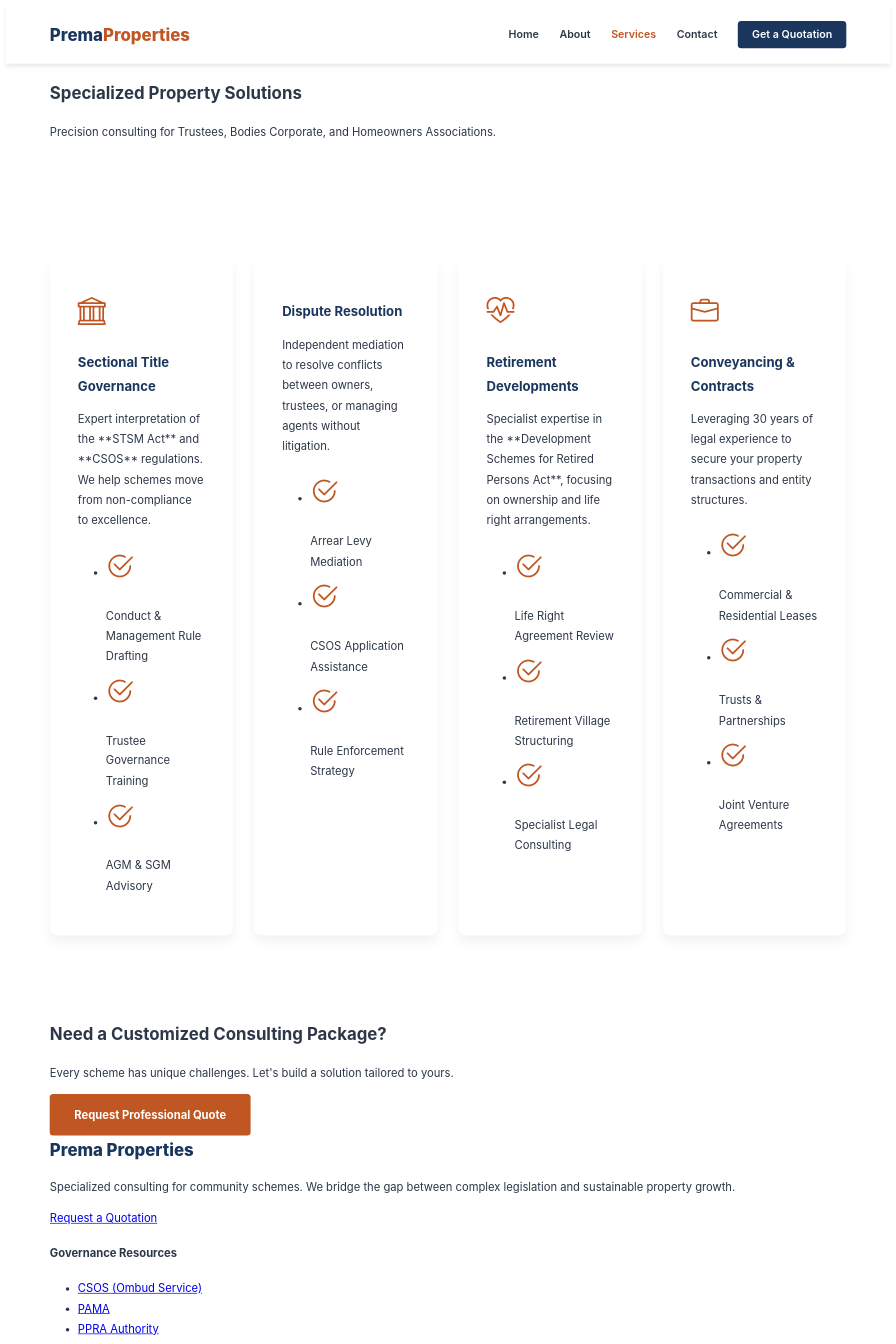
Repository: mnqobiMenzi/Prema-Properties
Page: services.html
An editor plug-in stored every save of this project. The page is shown before and after the next save, followed by the edit.
The browser window is 1280 px wide. The pictures show the part of the page from y = 0 to 1920 px (the page is 2637 px tall before and 2654 px after), at 70% of full size.

Above is the page before, as saved 2026-02-10 12:36:09.

### services.html
<!DOCTYPE html>
<html lang="en">
<head>
  <meta charset="UTF-8">
  <meta name="viewport" content="width=device-width, initial-scale=1.0">
  <title>Our Services | Prema Properties</title>
  <link rel="stylesheet" href="CSS/style.css">
  <link rel="stylesheet" href="https://cdn.jsdelivr.net/npm/bootstrap-icons@1.13.1/font/bootstrap-icons.min.css">
</head>
<body>

  <header class="main-header">
    <div class="container header-flex">
      <div class="logo">Prema<span>Properties</span></div>
      <nav>
        <a href="index.html">Home</a>
        <a href="about-us.html">About</a>
        <a href="services.html" class="active">Services</a>
        <a href="contact-us.html">Contact</a>
        <a href="quote.html" class="nav-btn">Get a Quotation</a>
      </nav>
    </div>
  </header>

  <section class="services-hero-v2">
    <div class="container">
      <h1>Specialized Property Solutions</h1>
      <p>Precision consulting for Trustees, Bodies Corporate, and Homeowners Associations.</p>
    </div>
  </section>

  <section class="section-padding">
    <div class="container">

      <div class="services-grid-v2">
        <div class="s-card">
          <i class="bi bi-bank"></i>
          <h3>Sectional Title Governance</h3>
          <p>Expert interpretation of the **STSM Act** and **CSOS** regulations. We help schemes move from non-compliance to excellence.</p>
          <ul class="s-list">
            <li><i class="bi bi-check2-circle"></i> Conduct & Management Rule Drafting</li>
            <li><i class="bi bi-check2-circle"></i> Trustee Governance Training</li>
            <li><i class="bi bi-check2-circle"></i> AGM & SGM Advisory</li>
          </ul>
        </div>

        <div class="s-card">
          <i class="bi bi-balance-scale"></i>
          <h3>Dispute Resolution</h3>
          <p>Independent mediation to resolve conflicts between owners, trustees, or managing agents without litigation.</p>
          <ul class="s-list">
            <li><i class="bi bi-check2-circle"></i> Arrear Levy Mediation</li>
            <li><i class="bi bi-check2-circle"></i> CSOS Application Assistance</li>
            <li><i class="bi bi-check2-circle"></i> Rule Enforcement Strategy</li>
          </ul>
        </div>

        <div class="s-card">
          <i class="bi bi-heart-pulse"></i>
          <h3>Retirement Developments</h3>
          <p>Specialist expertise in the **Development Schemes for Retired Persons Act**, focusing on ownership and life right arrangements.</p>
          <ul class="s-list">
            <li><i class="bi bi-check2-circle"></i> Life Right Agreement Review</li>
            <li><i class="bi bi-check2-circle"></i> Retirement Village Structuring</li>
            <li><i class="bi bi-check2-circle"></i> Specialist Legal Consulting</li>
          </ul>
        </div>

        <div class="s-card">
          <i class="bi bi-briefcase"></i>
          <h3>Conveyancing & Contracts</h3>
          <p>Leveraging 30 years of legal experience to secure your property transactions and entity structures.</p>
          <ul class="s-list">
            <li><i class="bi bi-check2-circle"></i> Commercial & Residential Leases</li>
            <li><i class="bi bi-check2-circle"></i> Trusts & Partnerships</li>
            <li><i class="bi bi-check2-circle"></i> Joint Venture Agreements</li>
          </ul>
        </div>
      </div>

    </div>
  </section>

  <section class="services-cta">
    <div class="container center-text">
      <h2>Need a Customized Consulting Package?</h2>
      <p>Every scheme has unique challenges. Let's build a solution tailored to yours.</p>
      <a href="quote.html" class="btn-main">Request Professional Quote</a>
    </div>
  </section>

  <div id="footer-placeholder"></div>
  <script src="JavaScript/script.js"></script>
</body>
</html>

### CSS/style.css
/* --- Core Styles --- */
:root {
  --primary: #1a365d;
  --secondary: #c05621;
  --text: #2d3748;
  --white: #ffffff;
  --gray: #f7fafc;
  --transition: all 0.3s ease;
}

body {
  font-family: 'Inter', sans-serif;
  color: var(--text);
  line-height: 1.8;
}

.container { width: 90%; max-width: 1200px; margin: 0 auto; }
.section-padding { padding: 100px 0; }
.light-gray { background: var(--gray); }

/* --- Header --- */
.main-header {
  background: var(--white);
  padding: 20px 0;
  box-shadow: 0 4px 6px -1px rgba(0,0,0,0.1);
  position: sticky;
  top: 0; z-index: 1000;
}

.header-flex { display: flex; justify-content: space-between; align-items: center; }

.logo { font-size: 1.5rem; font-weight: 800; color: var(--primary); }
.logo span { color: var(--secondary); }

nav a {
  text-decoration: none;
  color: var(--text);
  font-weight: 600;
  margin-left: 25px;
  font-size: 0.95rem;
  transition: var(--transition);
}

nav a:hover, nav a.active { color: var(--secondary); }

.nav-btn {
  background: var(--primary);
  color: white !important;
  padding: 10px 20px;
  border-radius: 5px;
}

/* --- Hero v2 --- */
.hero-v2 {
  background: url('../images/Sectional-Title-Disputes.jpg') center/cover no-repeat;
  height: 85vh;
  position: relative;
}

.hero-overlay {
  background: linear-gradient(to right, rgba(26, 54, 93, 0.9), rgba(26, 54, 93, 0.4));
  height: 100%;
  display: flex;
  align-items: center;
  color: white;
}

.badge {
  background: var(--secondary);
  padding: 5px 15px;
  border-radius: 50px;
  font-size: 0.8rem;
  font-weight: bold;
  text-transform: uppercase;
}

.hero-v2 h1 { font-size: 3.5rem; margin: 20px 0; line-height: 1.2; max-width: 700px; }
.hero-v2 p { font-size: 1.25rem; max-width: 600px; margin-bottom: 30px; opacity: 0.9; }

.btn-main {
  background: var(--secondary);
  color: white;
  padding: 15px 35px;
  text-decoration: none;
  font-weight: bold;
  border-radius: 5px;
  display: inline-block;
}

.btn-outline {
  border: 2px solid white;
  color: white;
  padding: 13px 35px;
  text-decoration: none;
  border-radius: 5px;
  margin-left: 15px;
}

/* --- Trust Bar --- */
.trust-bar { background: var(--primary); color: white; padding: 30px 0; }
.trust-bar .container { display: flex; justify-content: space-around; text-align: center; }
.trust-item strong { display: block; font-size: 1.8rem; color: var(--secondary); }

/* --- Grid & Cards --- */
.split-grid { display: grid; grid-template-columns: 1fr 1fr; gap: 80px; align-items: center; }

.services-grid-v2 {
  display: grid;
  grid-template-columns: repeat(auto-fit, minmax(250px, 1fr));
  gap: 30px;
  margin-top: 50px;
}

.s-card {
  background: white;
  padding: 40px;
  border-radius: 10px;
  box-shadow: 0 10px 15px rgba(0,0,0,0.05);
  transition: var(--transition);
}

.s-card:hover { transform: translateY(-10px); }
.s-card i { font-size: 2.5rem; color: var(--secondary); margin-bottom: 20px; display: block; }
.s-card h3 { margin-bottom: 15px; color: var(--primary); }

.image-deco img {
  width: 100%;
  border-radius: 15px;
  box-shadow: 30px 30px 0 var(--gray), 31px 31px 0 var(--primary);
}

/* Responsive */
@media (max-width: 768px) {
  .hero-v2 h1 { font-size: 2.2rem; }
  .split-grid { grid-template-columns: 1fr; }
  .hero-actions { display: flex; flex-direction: column; gap: 15px; }
  .btn-outline { margin-left: 0; }
}

/* About Page Specifics */
.about-hero-v2 {
  background: linear-gradient(rgba(26, 54, 93, 0.9), rgba(26, 54, 93, 0.9)), url('../images/office-bg.jpg');
  padding: 100px 0;
  text-align: center;
  color: white;
}

.about-intro {
  max-width: 800px;
  margin: 0 auto 60px;
  text-align: center;
}

.about-intro h2 {
  color: var(--primary);
  margin-bottom: 20px;
}

.values-grid {
  display: grid;
  grid-template-columns: repeat(auto-fit, minmax(280px, 1fr));
  gap: 30px;
}

.value-item i {
  font-size: 2.5rem;
  color: var(--secondary);
  margin-bottom: 15px;
  display: block;
}

/* Director Card Layout */
.director-card {
  display: grid;
  grid-template-columns: 1fr 1.5fr;
  gap: 60px;
  background: white;
  padding: 40px;
  border-radius: 15px;
  box-shadow: 0 20px 40px rgba(0,0,0,0.05);
  align-items: center;
}

.director-image {
  position: relative;
}

.exp-seal {
  position: absolute;
  bottom: -20px;
  right: -20px;
  background: var(--secondary);
  color: white;
  padding: 15px;
  border-radius: 50%;
  font-weight: bold;
  font-size: 0.9rem;
  box-shadow: 0 10px 20px rgba(192, 86, 33, 0.3);
}

.linkedin-link {
  display: inline-flex;
  align-items: center;
  gap: 10px;
  color: var(--primary);
  text-decoration: none;
  font-weight: bold;
  margin-top: 20px;
}

/* --- Contact Page Specifics --- */
.contact-hero-v2 {
  background: var(--primary);
  color: white;
  padding: 80px 0;
  text-align: center;
}

.contact-wrapper {
  display: grid;
  grid-template-columns: 1fr 1.2fr;
  gap: 80px;
  align-items: start;
}

/* Info Details */
.info-item {
  display: flex;
  gap: 20px;
  margin-bottom: 30px;
  align-items: flex-start;
}

.info-item i {
  font-size: 1.5rem;
  color: var(--secondary);
  background: var(--gray);
  padding: 12px;
  border-radius: 10px;
}

.info-item strong {
  display: block;
  font-size: 1.1rem;
  color: var(--primary);
}

/* Form Styling */
.contact-form-card {
  background: white;
  padding: 50px;
  border-radius: 15px;
  box-shadow: 0 30px 60px rgba(0,0,0,0.1);
}

.form-title {
  margin-bottom: 30px;
  color: var(--primary);
  font-weight: 700;
}

.form-row {
  display: grid;
  grid-template-columns: 1fr 1fr;
  gap: 20px;
  margin-bottom: 20px;
}

.submit-btn-v2 {
  width: 100%;
  background: var(--primary);
  color: white;
  padding: 15px;
  border: none;
  border-radius: 5px;
  font-weight: bold;
  cursor: pointer;
  transition: var(--transition);
}

.submit-btn-v2:hover {
  background: var(--secondary);
  transform: translateY(-2px);
}

@media (max-width: 992px) {
  .contact-wrapper { grid-template-columns: 1fr; gap: 50px; }
  .form-row { grid-template-columns: 1fr; }
}

### JavaScript/script.js
document.addEventListener("DOMContentLoaded", function() {
    const footerPlaceholder = document.getElementById("footer-placeholder");

    if (footerPlaceholder) {
        fetch("footer.html")
            .then(response => {
                if (!response.ok) throw new Error("Footer file not found");
                return response.text();
            })
            .then(data => {
                footerPlaceholder.innerHTML = data;
            })
            .catch(err => {
                console.warn("Footer load failed. Error:", err);
                // Fallback text so you know it's trying to work
                footerPlaceholder.innerHTML = "<p style='text-align:center; padding:20px;'>Footer Loading...</p>";
            });
    }
});

### footer.html
<!DOCTYPE html>
<html lang="en">
<head>
    <meta charset="UTF-8">
    <meta name="viewport" content="width=device-width, initial-scale=1.0">
    <title>Document</title>
</head>
<body>
    <footer class="main-footer">
  <div class="container footer-grid">
    <div class="footer-column brand-info">
      <div class="logo">Prema Properties</div>
      <p>Specialized consulting for community schemes. We bridge the gap between complex legislation and sustainable property growth.</p>
      <a href="quote.html" class="footer-cta-btn">Request a Quotation</a>
    </div>

    <div class="footer-column">
      <h4>Governance Resources</h4>
      <ul>
        <li><a href="https://www.csos.org.za/" target="_blank">CSOS (Ombud Service)</a></li>
        <li><a href="https://www.pama.org.za/" target="_blank">PAMA</a></li>
        <li><a href="https://www.eaab.org.za/" target="_blank">PPRA Authority</a></li>
      </ul>
    </div>

    <div class="footer-column">
      <h4>Navigation</h4>
      <ul>
        <li><a href="articles.html">Articles</a></li>
        <li><a href="quote.html">Quotation</a></li>
        <li><a href="FAQ.html">FAQ</a></li>
        <li><a href="about-us.html">FAQ</a></li>
        <li><a href="contact-us.html">FAQ</a></li>
      </ul>
    </div>
    <div class="footer-column">
  <h4>Connect With Us</h4>
  <p style="font-size: 0.85rem; margin-bottom: 15px; opacity: 0.7;">
    Watch our latest Sectional Title webinars and legal updates.
  </p>
  <div class="social-icons">
    <a href="#" target="_blank" title="Facebook"><i class="bi bi-facebook"></i></a>
    <a href="#" target="_blank" title="LinkedIn"><i class="bi bi-linkedin"></i></a>
    <a href="#" target="_blank" title="YouTube"><i class="bi bi-youtube"></i></a>
    <a href="#" target="_blank" title="X (Twitter)"><i class="bi bi-twitter-x"></i></a>
    <a href="#" target="_blank" title="WhatsApp"><i class="bi bi-whatsapp"></i></a>
  </div>
</div>
  </div>
  <div class="footer-column brand-info">
  <div class="logo">Prema Properties</div>
  <p>Specialized consulting for community schemes. We bridge the gap between complex legislation and sustainable property growth.</p>

  <div class="footer-address">
    <p><i class="bi bi-geo-alt-fill"></i> <strong>Our Office:</strong><br>
    Central Pretoria,<br>
    Gauteng, South Africa</p>

    <p><i class="bi bi-envelope-fill"></i> <strong>Email:</strong><br>
    info@premaproperties.co.za</p>
  </div>

  <a href="quote.html" class="footer-cta-btn">Request a Quotation</a>
</div>
  <div class="footer-bottom">
    <div class="container"><p>&copy; 2026 Prema Properties.</p></div>
  </div>
</footer>
</body>
</html>

After the next save:
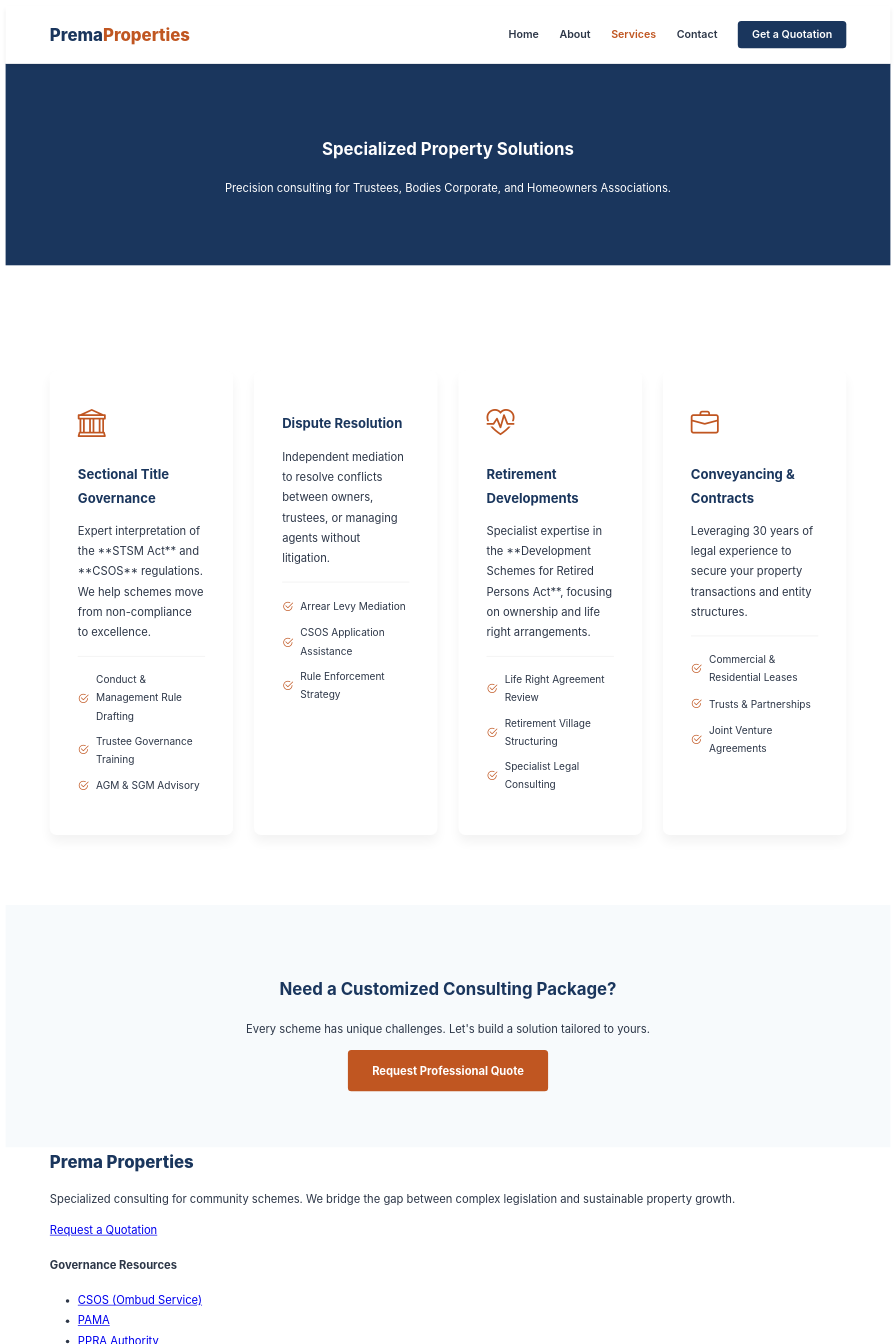
Saved 24 s later.
--- a/CSS/style.css
+++ b/CSS/style.css
@@ -287,3 +287,45 @@ nav a:hover, nav a.active { color: var(--secondary); }
   .contact-wrapper { grid-template-columns: 1fr; gap: 50px; }
   .form-row { grid-template-columns: 1fr; }
 }
+
+/* Services Specific Styles */
+.services-hero-v2 {
+  background: var(--primary);
+  padding: 80px 0;
+  text-align: center;
+  color: white;
+}
+
+.s-list {
+  list-style: none;
+  padding: 0;
+  margin-top: 20px;
+  border-top: 1px solid #eee;
+  padding-top: 20px;
+}
+
+.s-list li {
+  font-size: 0.9rem;
+  margin-bottom: 10px;
+  display: flex;
+  align-items: center;
+  gap: 10px;
+  color: var(--text);
+}
+
+.s-list i {
+  color: var(--secondary);
+  font-size: 1rem;
+  margin: 0; /* Override s-card i margin */
+}
+
+.services-cta {
+  background: var(--gray);
+  padding: 80px 0;
+  text-align: center;
+}
+
+.center-text h2 {
+  color: var(--primary);
+  margin-bottom: 20px;
+}
